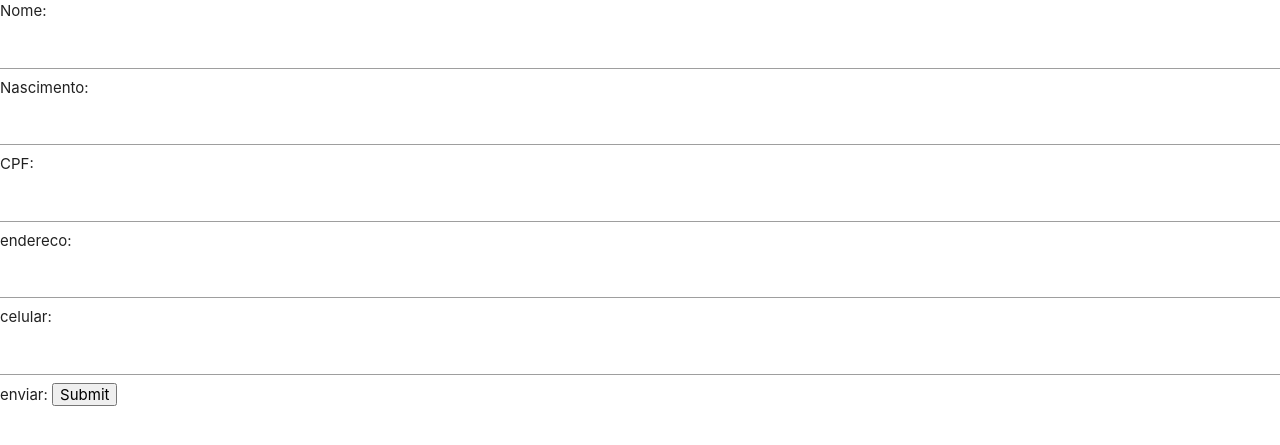
Repository: luizasilveira/TechWeb
Page: Projeto1/techWebP1/WebContent/register.html
The author's editor kept a copy of each file at every save. The page is drawn from the files as they stood at one save, then again after the next save.
The browser window is 1280 px wide. The pictures show the whole page.

Above is the page before, as saved 2019-09-08 17:46:17.

After the next save:
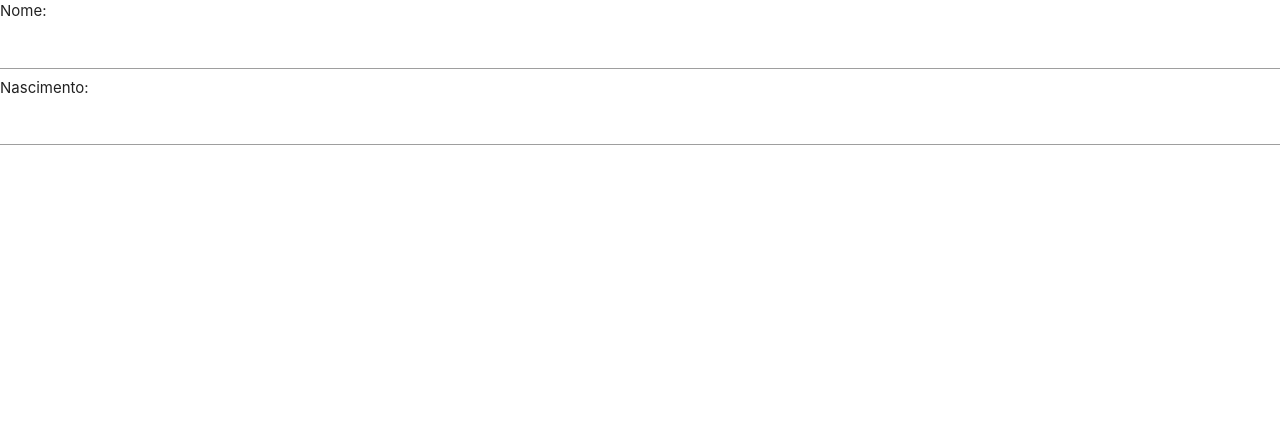
Saved 30 s later.
--- a/Projeto1/techWebP1/WebContent/register.html
+++ b/Projeto1/techWebP1/WebContent/register.html
@@ -15,10 +15,7 @@
 	<form action="./AddClients" method="POST" >
 		Nome: <input type='text' name='nome'><br>
 		Nascimento: <input type='text' name='nascimento'><br>
-		CPF: <input type='number' name='cpf'><br>
-		endereco: <input type='text' name='nome'><br>
-		celular: <input type='text' name='nascimento'><br>
-		enviar: <input type='submit' value='Submit'><br>
+
 
 
 	</form>
